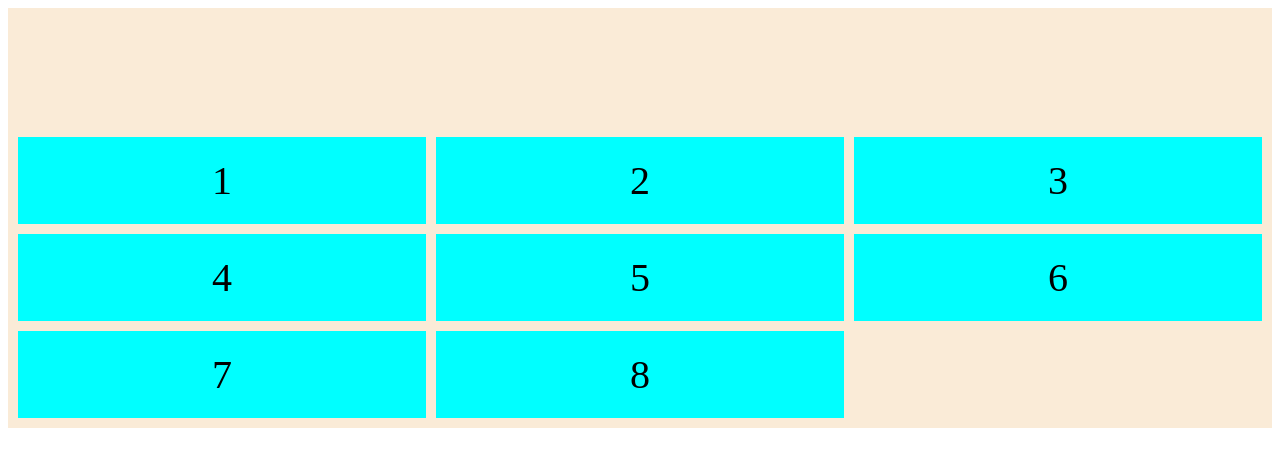
Repository: Thonghehe/Lab1_WEB106
Page: index11.html
The author's editor kept a copy of each file at every save. The page is drawn from the files as they stood at one save, then again after the next save.
The browser window is 1280 px wide. The pictures show the whole page.

Above is the page before, as saved 2024-03-05 18:00:20.

### index11.html
<!DOCTYPE html>
<html lang="en">

<head>
    <meta charset="UTF-8">
    <meta name="viewport" content="width=device-width, initial-scale=1.0">
    <title>Document</title>
    <link rel="stylesheet" href="./style.css">
</head>

<body>
    <div class="grid-container">
        <div class="item1">1</div>
        <div class="item2">2</div>
        <div class="item3">3</div>
        <div class="item4">4</div>
        <div class="item5">5</div>
        <div class="item6">6</div>
        <div class="item7">7</div>
        <div class="item8">8</div>
    </div>
</body>

</html>

### style.css
.grid-container {
    display: grid;
    height: 400px;
    align-content: end;
    grid-template-columns: auto auto auto;
    gap: 10px;
    background-color: antiquewhite;
    padding: 10px;
}

.grid-container>div {
    background-color: aqua;
    text-align: center;
    padding: 20px;
    font-size: 40px;
}

After the next save:
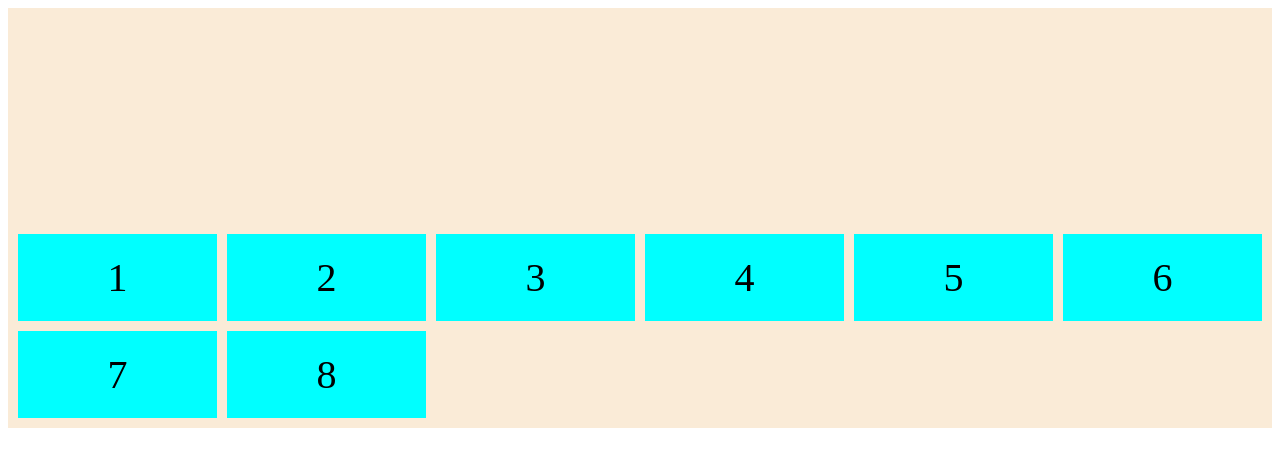
Saved 18 s later.
--- a/style.css
+++ b/style.css
@@ -2,7 +2,7 @@
     display: grid;
     height: 400px;
     align-content: end;
-    grid-template-columns: auto auto auto;
+    grid-template-columns: auto auto auto auto auto auto;
     gap: 10px;
     background-color: antiquewhite;
     padding: 10px;
